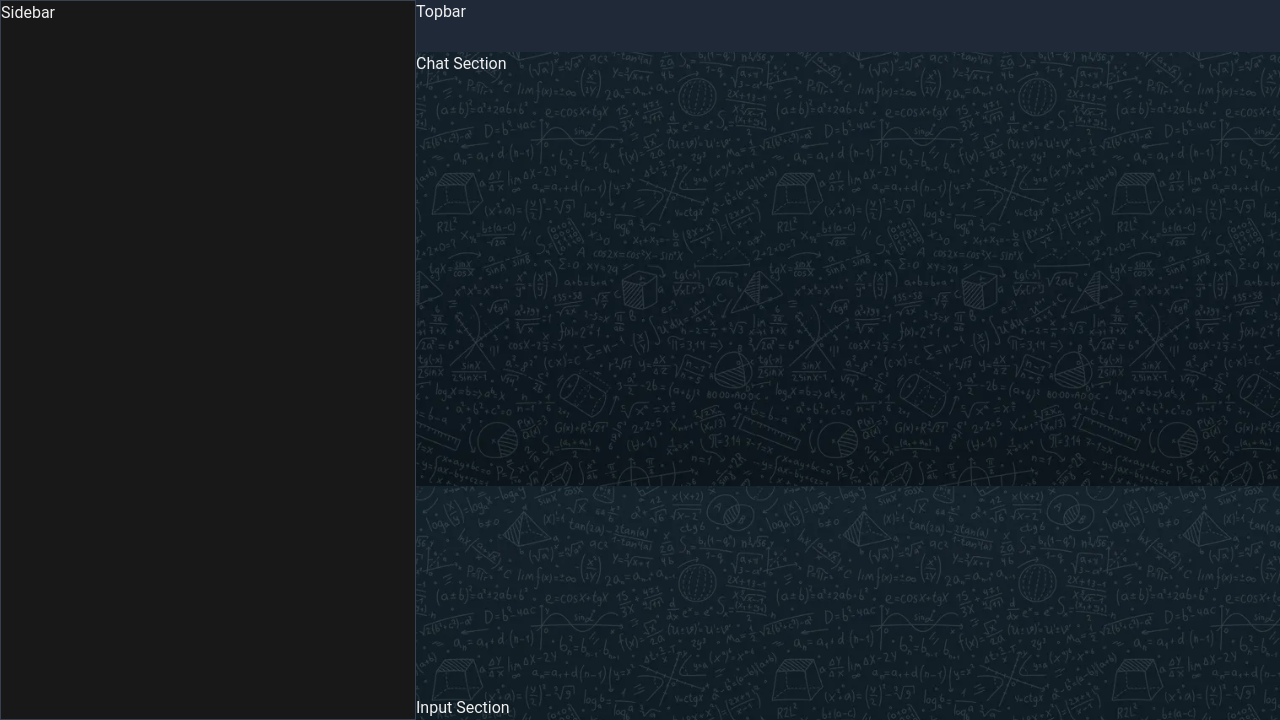
Repository: Qu4ntumGuy/telegram-clone
Page: /
The author's editor kept a copy of each file at every save. The page is drawn from the files as they stood at one save, then again after the next save.
The browser window is 1280 px wide. The pictures show the whole page.
The project was rebuilt for these pictures with package versions that can differ from the ones it lists, and the page was loaded fresh each time. Also part of the build but not shown: src/Utils/ContextProvider.js.

Above is the page before, as saved 2024-07-15 11:36:11.

### src/index.css
@tailwind base;
@tailwind components;
@tailwind utilities;

:root {
  font-family: "Roboto", sans-serif;
  color-scheme: light;
  body {
    @apply bg-[#181818] text-[#f0f0f0];
  }
}
/*
:root {
  @apply bg-[#181818];
} */

### src/App.js
import { Routes, BowserRouter, Route } from "react-router-dom";
import Sidebar from "./Components/Sidebar";
import Home from "./Pages/Home/Home";

function App() {
  return (
    <div className="flex max-w-[105rem] mx-auto">
      <Sidebar />

      <Home />
    </div>
  );
}

export default App;

### src/Components/Sidebar.js
import React from "react";
import { useComponentContext } from "../Utils/ContextProvider";

function Sidebar() {
  const context = useComponentContext();
  return (
    <div className="min-w-[26rem] border border-gray-700 h-screen">Sidebar</div>
  );
}

export default Sidebar;

### src/Pages/Home/Home.js
import React from "react";
import backgroundImage from "../../Assets/Desktop.webp";

function Home() {
  const image =
    "https://blog.1a23.com/wp-content/uploads/sites/2/2020/02/pattern_02-150x150.png";

  //   const divStyle = {
  //     width: "100%",
  //     height: "100vh", // Adjust the height as needed
  //     backgroundImage: `url(${backgroundImage})`,
  //     backgroundSize: "cover", // Ensures the image covers the entire div
  //     backgroundPosition: "center", // Centers the image
  //   };
  return (
    <div
      className="flex flex-col justify-center bg-contain h-screen w-full "
      style={{ backgroundImage: `url(${backgroundImage})` }}
    >
      <div className="top-0 mb-auto h-14 border-b border-gray-800 bg-gray-800">
        Topbar
      </div>
      <div className="flex flex-col h-full">
        <div className="top-0">Chat Section</div>
        <div className="bottom-0 mt-auto">Input Section</div>
      </div>
    </div>
  );
}

export default Home;

Loaded but not shown: public/index.html (common file); src/index.js (common file); src/reportWebVitals.js (common file); tailwind.config.js (common file)

After the next save:
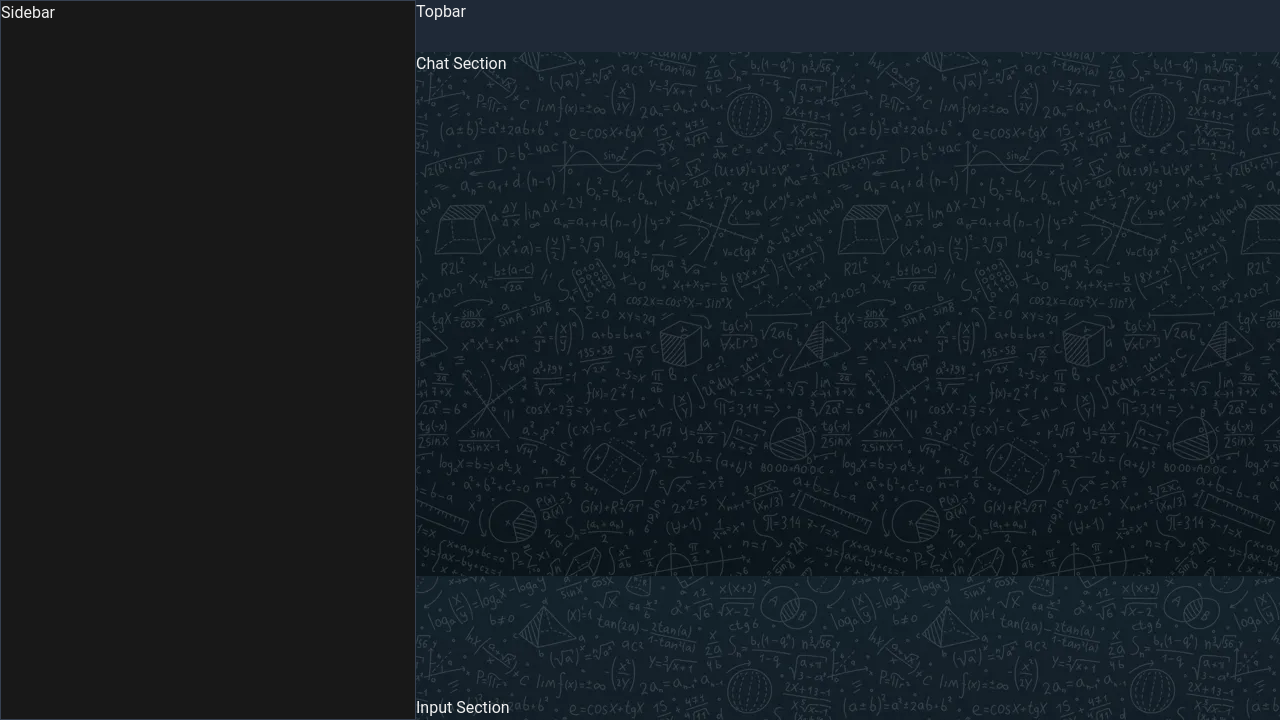
Saved 4 s later.
--- a/src/Pages/Home/Home.js
+++ b/src/Pages/Home/Home.js
@@ -14,7 +14,7 @@ function Home() {
   //   };
   return (
     <div
-      className="flex flex-col justify-center bg-contain h-screen w-full "
+      className="flex flex-col justify-center h-screen w-full "
       style={{ backgroundImage: `url(${backgroundImage})` }}
     >
       <div className="top-0 mb-auto h-14 border-b border-gray-800 bg-gray-800">
